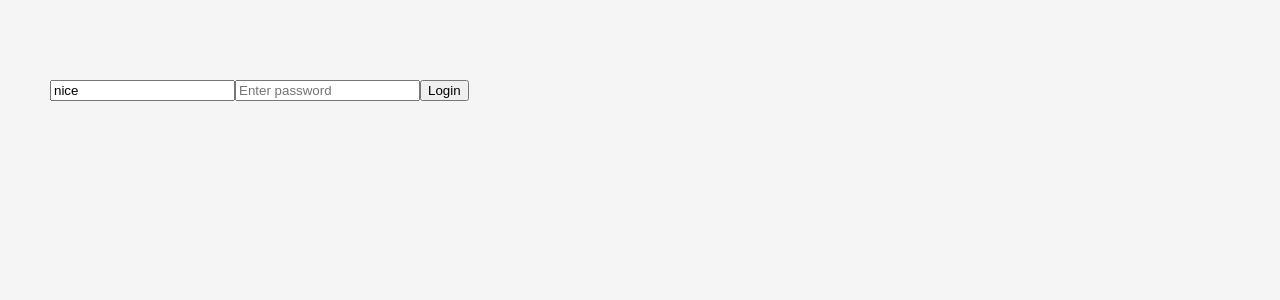
Repository: aanchal0205/yumili
Page: /
These files come from the project's save history. The page is drawn as it stood at one moment and after the next save; the edit follows.
The browser window is 1280 px wide. The pictures show the whole page.
The project was rebuilt for these pictures with package versions that can differ from the ones it lists, and the page was loaded fresh each time.

Above is the page before, as saved 2021-12-18 09:19:47.

### src/App.js
import logo from './logo.svg';
import './App.css';
import { useState } from 'react';
import { useEffect } from 'react';
import { useFormik } from 'formik';

// export const API="https://movieapp-aanchal.herokuapp.com";
const API="http://localhost:8000";

function App() {
  const token=localStorage.getItem("token")
  return (
    <div className="App">
     <Login/>
     {token?<RecipeList/>:""}

    </div>
  );
}

function RecipeList()
{

  // http://localhost:8000/recipes

  const [recipe,setRecipe]=useState([])

  useEffect(()=>
  {
    fetch(`${API}/recipes`)
  .then(data=>data.json())
  .then(recepies=>setRecipe(recepies))

  });




  return (
  <div className='recipe-list'>
    {recipe.map((rec)=>(

    <Recipe recipe={rec}/>
    ))}


  </div>
  );

}


function Login()
{
  const{handleSubmit,values,handleChange,handleBlur,errors,touched}=
  useFormik({
    initialValues:{username:"nice",password:""},
    onSubmit:(user)=>
    {
      console.log("Sending server values",user);
      signIn(user);
    },
  });
  const signIn=(user)=>
  {
    // http://localhost:8000/users/login
    fetch(`${API}/users/login`, {
      method:"POST",
       headers: {'Content-Type':'application/json'},
       body: JSON.stringify(user),
       })
    .then(data=>data.json())
    .then(data=>localStorage.setItem("token",data.token))

  };

  return (
    <form onSubmit={handleSubmit} className='login-form'>
      <input placeholder='Enter your name'
      id="username"
      name="username"
      value={values.username}
      onChange={handleChange}
      onBlur={handleBlur}>

      </input>
      <input type="text" placeholder='Enter password'
      id="password"
      name="password"
      value={values.password}
      onChange={handleChange}
      onBlur={handleBlur}></input>
      <button type="submit" >Login</button>
    </form>

  );
}

function Recipe({recipe})
{
  return <div className='recipe-container'>
    <img
    className="recipe-picture"
    src={recipe.picture}
    alt="Paneer Butter Masala"/>
    <p className='recepi-name'>{recipe.name}</p>
  </div>
}

export default App;

### src/App.css
/* .App {
  text-align: center;
} */

.recipe-picture
{
  height: 340px;
  width: 550px;
  object-fit: cover;
}
.recepi-name
{
  font-size: 48px;
  padding: 16px;
  margin: 10px;

}

.recipe-container
{
  background: white;
  width: 550px;
  border-radius: 16px;
  overflow: hidden;
  box-shadow: rgb(0 0 0/ 4%) 0px 1px 11px 1px;
  transition: 0.2s;
}

.recipe-container:hover
{
  transform: scale(1.1);
}

body
{
  background: whitesmoke;
  margin: 50px;
  font-family: Roboto;
}

.recipe-list
{
  display: flex;
  flex-wrap: wrap;
  justify-content: space-around;

}

.login-form
{
  font-size: 48px;
}

Loaded but not shown: public/index.html (common file); src/index.js (common file); src/index.css (common file); src/reportWebVitals.js (common file)

After the next save:
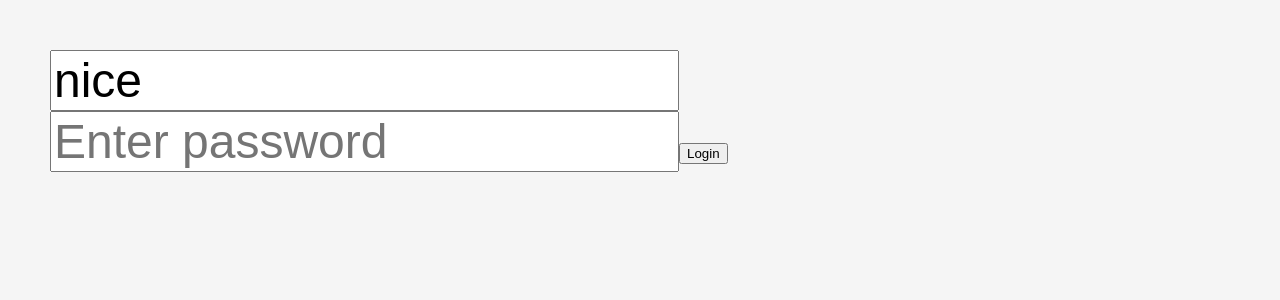
Saved 19 s later.
--- a/src/App.css
+++ b/src/App.css
@@ -46,7 +46,7 @@ body
 
 }
 
-.login-form
+.login-form > input
 {
   font-size: 48px;
 }
